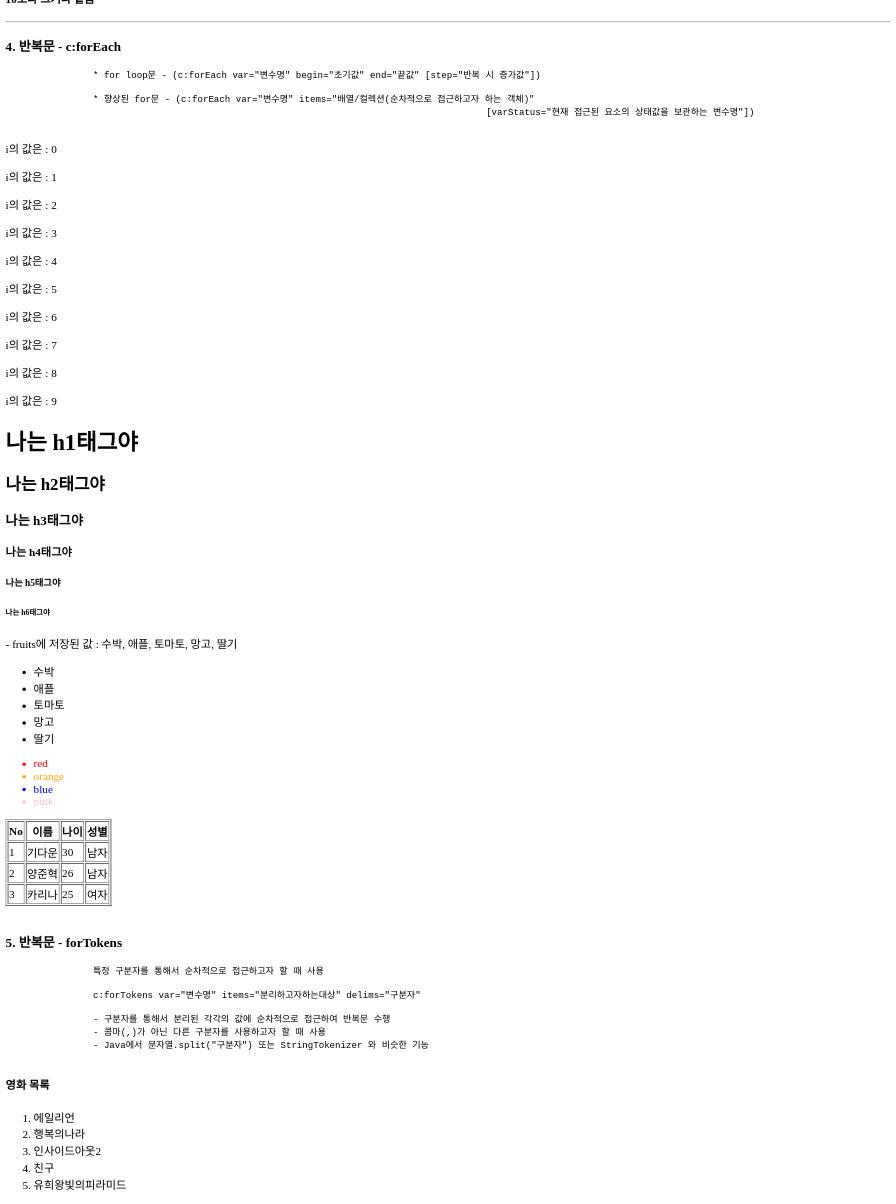
Repository: hailey-516/servlet
Page: http://localhost/3_elAction/views/3_Custom_Action/01_core.jsp
These files come from the project's save history. The page is drawn as it stood at one moment and after the next save; the edit follows.
The browser window is 1280 px wide. The pictures show the part of the page from y = 1235 to 3155 px (the page is 2955 px tall before and 3155 px after), at 70% of full size.
The page is served by Tomcat 9. Other server files are loaded and not shown.

Above is the page before, as saved 2024-08-27 06:31:27.

### 3_elAction/src/main/webapp/views/3_Custom_Action/01_core.jsp
<%@ page language="java" contentType="text/html; charset=UTF-8"
    pageEncoding="UTF-8"%>
<%@ taglib prefix="c" uri="http://java.sun.com/jsp/jstl/core"%>
<%@ page import="java.util.ArrayList, com.kh.model.vo.Person" %>
<!DOCTYPE html>
<html>
<head>
<meta charset="UTF-8">
<title>Custom Action Tag - Core</title>
</head>
<body>
	<h1>JSTL Core Library</h1>

	<h3>1. 변수</h3>
	<pre>
		* 변수 선언과 동시에 초기화 &lt;c:set var="변수명" value="값" [scope="저장객체"]&gt;
		- 변수 선언하고 초기화까지의 기능을 제공
		- 해당 변수의 저장된 값을 어떤 scope에 setAttribute를 통해서 담아둘지 결정
		=> c:set으로 선언한 변수는 반드시 EL로 접근해야 함!
	</pre>

	<%-- num1 이라는 변수에 10이라는 값을 저장 --%>
	<c:set var="num1" value="10"/> <!-- pageContext.setAttribute("num1", 10) -->

	<%-- request 영역에 num2라는 변수에 20이라는 값을 저장 --%>
	<c:set var="num2" value="20" scope="request"/>

	<p>num1 : ${ num1 } </p>
	<p>num2 : ${ num2 }</p>

	<%-- num1과 num2의 합을 저장한 addNum이라는 변수를 session 영역에 저장 --%>
	<c:set var="addNum" value="${ num1_+ num2 }" scope="session"/>

	<p>addNum : ${ addNum }</p>

	<%-- value 속성 대신 시작태그와 종료태그 사이에 초기값 지정 가능 --%>
	<c:set var="result">
		9999
	</c:set>

	<p>${ result }</p>

	<c:set var="result" value="7777" scope="request"/>
	<hr>

	<pre>
		* 변수 삭제 (c:remove var="삭제할 변수명" [scope="삭제하고자하는 영역"])
			- 해당 scope 영역에 저장되어 있는 변수를 찾아 제거하는 태그
			=> 해당 scope에 .removeAttribute() 를 사용하여 제거하는 것과 동일하게 처리됨
	</pre>

	<%-- addNum 변수를 삭제 --%>
	<b>* 특정 scope 영역에서 제거</b>
	<p>addNum : ${ addNum }</p>
	<c:remove var="addNum" scope="session"/>

	<p> 제거 후 addNum : ${ addNum }</p>


	<b>* 모든 scope에서 제거</b>

	<p> page scope 에 저장된 result : ${ pageScope.result }</p>
	<p> request scope 에 저장된 result : ${ requestScope.result }</p>
	<c:remove var="result"/>

	<p>scope 속성 없이 제거 : ${ pageScope.result } / ${ requestScope.result }</p>

	<hr>

	<pre>
		* 변수(데이터) 출력 (c:out value="출력하고자 하는 값" [default="기본값"] [escapeXml="true|false"])
	</pre>

	<%-- addNum에 저장된 값을 출력 --%>
	<c:out value="${ addNum }" />
	<c:out value="${ addNum }" default="데이터 없음" />

	<%-- outData라는 변수에 "<b>강조태그!!!</b> 값을 저장 --%>
	<c:set var="outData" value="<b>강조태그!!!</b>" />
	<c:out value="${ outData }" /> <%-- excapeXml 속성이 true(기본값) -> 출력데이터에 태그가 포함되어 있는 경우 해석되지 않음 --%>
	<c:out value="${ outData }" escapeXml="false" />

	<hr>

	<h3>2. 조건문 - if (c:if test="조건식")</h3>
	<pre>
		- Java의 if문과 비슷한 역할을 하는 태그
		- 조건식은 test 속성에 작성 (EL구문을 사용하여 작성)
	</pre>

	<%-- num1이 num2보다 큰가? --%>

	<%-- JSTL로 선언된 변수는 접근 불가! (EL로만 접근 가능)
	<% if(num1 > num2) { %>
	<% } %>
	 --%>

	<c:if test="${ num1 > num2 }">
		num1이 num2보다 큽니다.
	</c:if>
	<c:if test="${ num1 lt num2 }">
		num1이 num2보다 작습니다.
	</c:if>

	<c:set var="hi" value="안녕" />
	<%-- hi 변수에 저장된 값이 "안녕"일 경우 hihihi~ 출력
						  그렇지 않은 경우 byebye 출력
	 --%>
	<c:if test="${ hi eq '안녕' }">
	 	hihihi~ <br>
	</c:if>
	<c:if test="${ hi ne '안녕' }">
	 	byebye <br>
	</c:if>

	<hr>

	<h3>3. 조건문 - Choose (c:choose, c:when, c:otherwise)</h3>
	<pre>
		- Java의 if - else, if - else if문과 비슷하게 동작하는 태그
		- 구조
			* choose 하위 요소로 c:when, c:otherwise를 사용!
			c:choose
				c:when /c:when
				c:otherwise /c:otherwise
			c:choose
	</pre>

	<%-- num1의 값이 20보다 크면 "20보다 큼"
					, 10보다 크거나 같으면 "10보다 크거나같음"
					, 그렇지 않으면 "10보다 작음" 을 출력 --%>

	<%--
	<% if (num1 > 20) { %>
		20보다 큼
	<% } else if (num1 >= 10) { %>
	<% } %>
	 --%>

	<c:choose>
		<c:when test="${ num1 gt 20 }">
			<h3>20보다 큼</h3>
		</c:when>
		<c:when test="${ num2 ge 10 }"> <%-- num1 >= 10 --%>
			<h4>10보다 크거나 같음</h4>
		</c:when>
		<c:otherwise>10보다 작음</c:otherwise>
	</c:choose>

	<hr>
	<h3>4. 반복문 - c:forEach</h3>
	<pre>
		* for loop문 - (c:forEach var="변수명" begin="초기값" end="끝값" [step="반복 시 증가값"])

		* 향상된 for문 - (c:forEach var="변수명" items="배열/컬렉션(순차적으로 접근하고자 하는 객체)"
											[varStatus="현재 접근된 요소의 상태값을 보관하는 변수명"])
	</pre>

	<%--
	<%
		for(int i=0; i<10; i++) {
	%>
		<p>i의 값은 : <%= i %></p>
	<% } %>
	--%>
	<c:forEach var="i" begin="0" end="9">
		<p>i의 값은 : ${ i }</p>
	</c:forEach>
	<%-- h1 ~ h6 태그를 출력하는데, "나는 hx태그야" --%>
	<c:forEach var="t" begin="1" end="6">
		<h${ t }> 나는 h${ t }태그야 </h${ t }>
	</c:forEach>

	<c:set var="fruits">
		수박, 애플, 토마토, 망고, 딸기
	</c:set>

	- fruits에 저장된 값 : ${ fruits }

	<ul>
		<c:forEach var="f" items="${ fruits }">
			<li>${ f }</li>
		</c:forEach>
	</ul>

	<%--
		colors라는 변수에 4가지의 색상을 콤마(,)로 구분하여 저장
		목록 태그로 해당 글자 색상을 출력
	 --%>
	 <c:set var="colors">
	 	red, orange, blue, pink
	 </c:set>

	 <ul>
	 	<c:forEach var="c" items="${ colors }">
	 		<li style="color: ${ c };">${ c }</li>
	 	</c:forEach>
	 </ul>

	 <%
	 	ArrayList<Person> list = new ArrayList<>();

	 	list.add(new Person("기다운", 30, "남자"));
	 	list.add(new Person("양준혁", 26, "남자"));
	 	list.add(new Person("카리나", 25, "여자"));
	 %>

	 <%-- request.setAttribute("pList", list); --%>
	 <c:set var="pList" value="<%= list %>" scope="request"/>

	 <table border="1">
	 	<thead>
	 		<tr>
	 			<th>No</th>
	 			<th>이름</th>
	 			<th>나이</th>
	 			<th>성별</th>
	 		</tr>
	 	</thead>
	 	<tbody>
	 	<%--
	 		<% if(list.isEmpty()) { %>
	 			<tr>
	 				<td colspan="4">조회된 결과가 없습니다.</td>
	 			</tr>
	 		<% } else {%>
	 			<% for(int i=0; i<list.size(); i++ {} %>
	 		<% } %>
	 	--%>

	 	<%-- JSTL 문법 사용 --%>
	 	<c:choose>
	 		<c:when test="${ empty pList }">
	 			<tr>
	 				<td colspan="4">조회된 결과가 없습니다.</td>
	 			</tr>
	 		</c:when>
	 		<c:otherwise>
	 			<c:forEach var="p" items="${ pList }" varStatus="s">
	 				<tr>
	 					<%-- <td>${ s.index }</td> --%> <%-- index : 0부터 시작 --%>
	 					<td>${ s.count }</td> <%-- count: 1부터 시작 --%>
	 					<td>${ p.name }</td>
	 					<td>${ p.age }</td>
	 					<td>${ p.gender }</td>
	 				</tr>
	 			</c:forEach>
	 		</c:otherwise>
	 	</c:choose>
	 	</tbody>
	 </table>

	 <br>

	 <h3>5. 반복문 - forTokens</h3>
	 <pre>
	 	특정 구분자를 통해서 순차적으로 접근하고자 할 때 사용

	 	c:forTokens var="변수명" items="분리하고자하는대상" delims="구분자"

	 	- 구분자를 통해서 분리된 각각의 값에 순차적으로 접근하여 반복문 수행
	 	- 콤마(,)가 아닌 다른 구분자를 사용하고자 할 때 사용
	 	- Java에서 문자열.split("구분자") 또는 StringTokenizer 와 비슷한 기능
	 </pre>

	 <%-- movie라는 이름의 변수에 5개 저장 (구분자: / . ,) --%>
	 <c:set var="movie" value="에일리언/행복의나라.인사이드아웃2,친구.유희왕빛의피라미드" />
	 <h4>영화 목록</h4>
	 <ol>
	 	<c:forTokens var="m" items="${ movie }" delims="/.,">
	 		<li>${ m }</li>
	 	</c:forTokens>
	 </ol>

	</body>
</html>

### 3_elAction/src/main/java/com/kh/model/vo/Person.java
package com.kh.model.vo;

public class Person {
	// 필드부 (변수)
	private String name;
	private int age;
	private String gender;

	// 생성자부
	public Person() {

	}

	public Person(String name, int age, String gender) {
		this.name = name;
		this.age = age;
		this.gender = gender;
	}

	// 메소드부
	// getter/setter
	public String getName() {
		return name;
	}

	public void setName(String name) {
		this.name = name;
	}

	public int getAge() {
		return age;
	}

	public void setAge(int age) {
		this.age = age;
	}

	public String getGender() {
		return gender;
	}

	public void setGender(String gender) {
		this.gender = gender;
	}

	// toString() => 필드부에 저장된 값들을 확인하는 용도
	@Override
	public String toString() {
		return "Person [name=" + name + ", age=" + age + ", gender=" + gender + "]";
	}

}

After the next save:
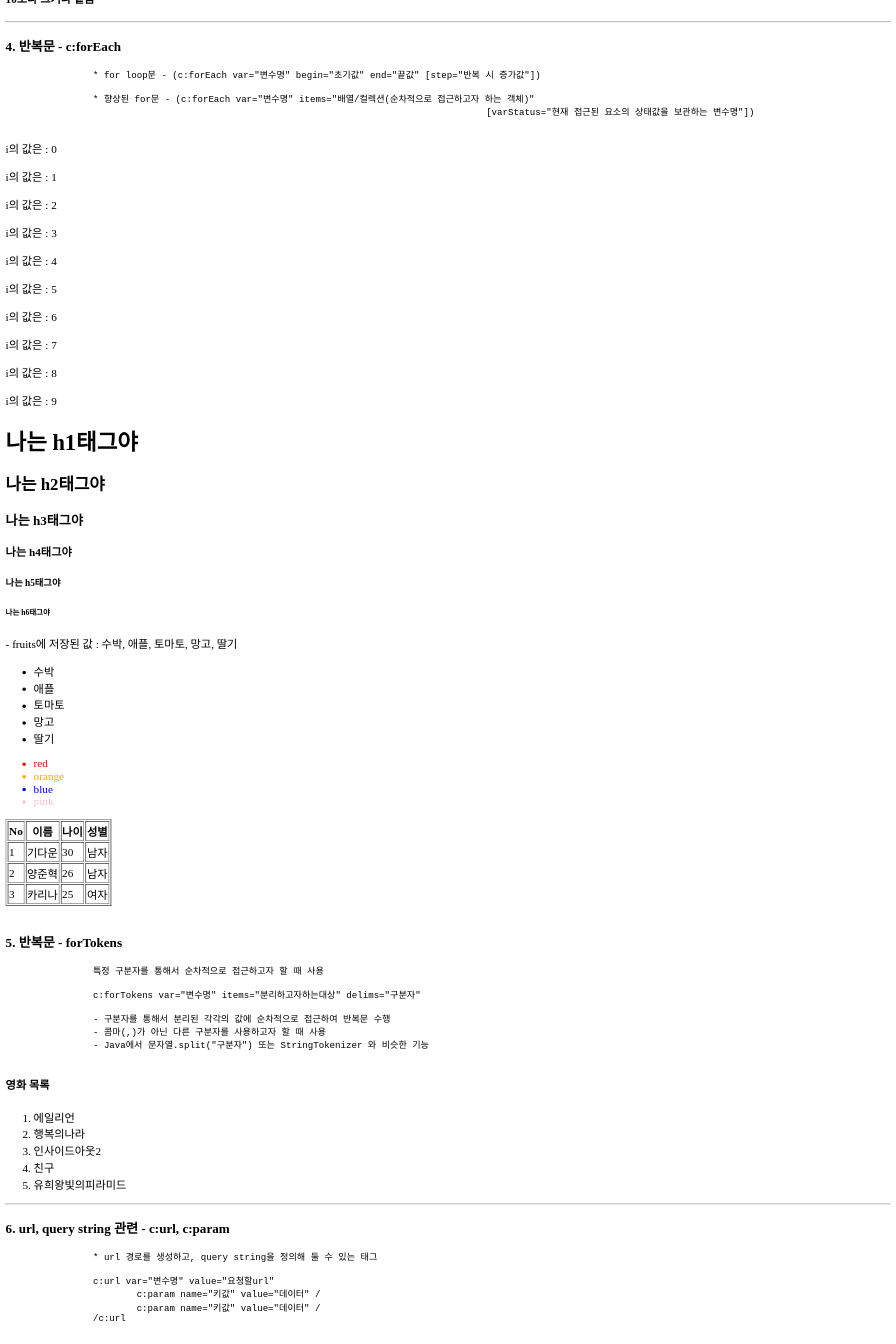
Saved 6 min 37 s later.
--- a/3_elAction/src/main/webapp/views/3_Custom_Action/01_core.jsp
+++ b/3_elAction/src/main/webapp/views/3_Custom_Action/01_core.jsp
@@ -272,5 +272,17 @@
 	 	</c:forTokens>
 	 </ol>
 
+	 <hr>
+
+	 <h3>6. url, query string 관련 - c:url, c:param</h3>
+	 <pre>
+	 	* url 경로를 생성하고, query string을 정의해 둘 수 있는 태그
+
+	 	c:url var="변수명" value="요청할url"
+	 		c:param name="키값" value="데이터" /
+	 		c:param name="키값" value="데이터" /
+	 	/c:url
+	 </pre>
+
 	</body>
 </html>
